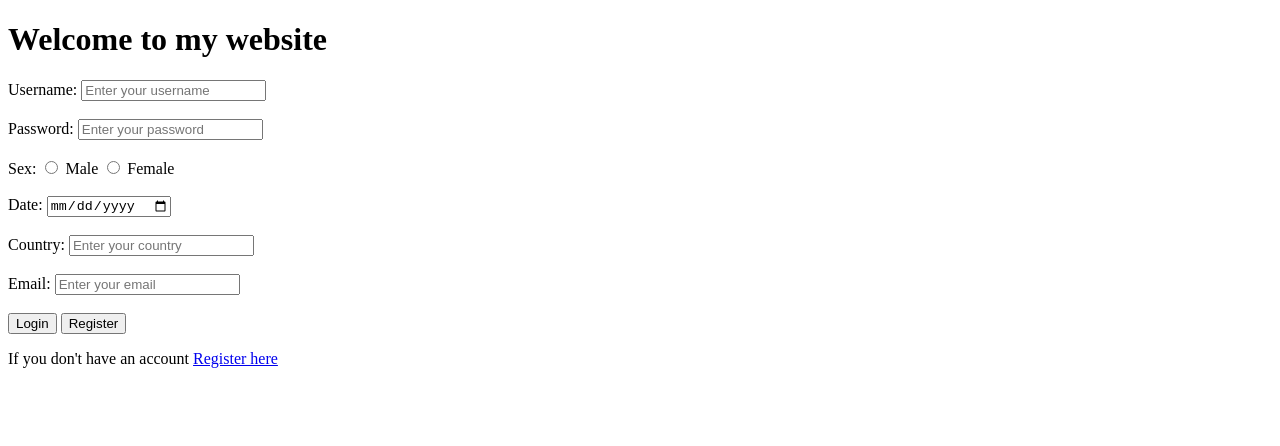
Repository: bao2222/hoc-lam-web
Page: welcome.html
These files come from the project's save history. The page is drawn as it stood at one moment and after the next save; the edit follows.
The browser window is 1280 px wide. The pictures show the whole page.

Above is the page before, as saved 2024-12-24 19:35:16.

### welcome.html
<!DOCTYPE html>
<html lang="en">

    <head>
        <meta charset="UTF-8">
        <title>Welcome</title>
        <meta content = "this is my website" name = "description">
        <meta author = "me">




    </head>

    <body>
        <h1>Welcome to my website</h1>
        <header>
            <div>
                <div>
                    <form action="#" method="post">
                        <label for="username">Username:</label>
                        <input type="text" id="username" name="username" placeholder="Enter your username" required><br><br>
                        <label for="password">Password:</label>
                        <input type="password" id="password" name="password" placeholder="Enter your password" required><br><br>
                        <label for="sex">Sex:</label>
                        <input type="radio" id="male" name="sex" value="male">
                        <label for="male">Male</label>
                        <input type="radio" id="female" name="sex" value="female">
                        <label for="female">Female</label><br><br>
                        <label for="date">Date:</label>
                        <input type="date" id="date" name="date"><br><br>
                        <label for="country">Country:</label>
                        <input type="text" id="country" name="country" placeholder="Enter your country" required><br><br>
                        <label for="email">Email:</label>
                        <input type="email" id="email" name="email" placeholder="Enter your email" required><br><br>
                        <button type="submit">Login</button>
                        <button type="reset">Register</button>

                    </form>
                </div>

                <div>
                    <p>If you don't have an account <a href="register.html">Register here</a></p>
                </div>





            </div>
        </header>
        <main></main>
        <footer></footer>




    </body>





</html>

After the next save:
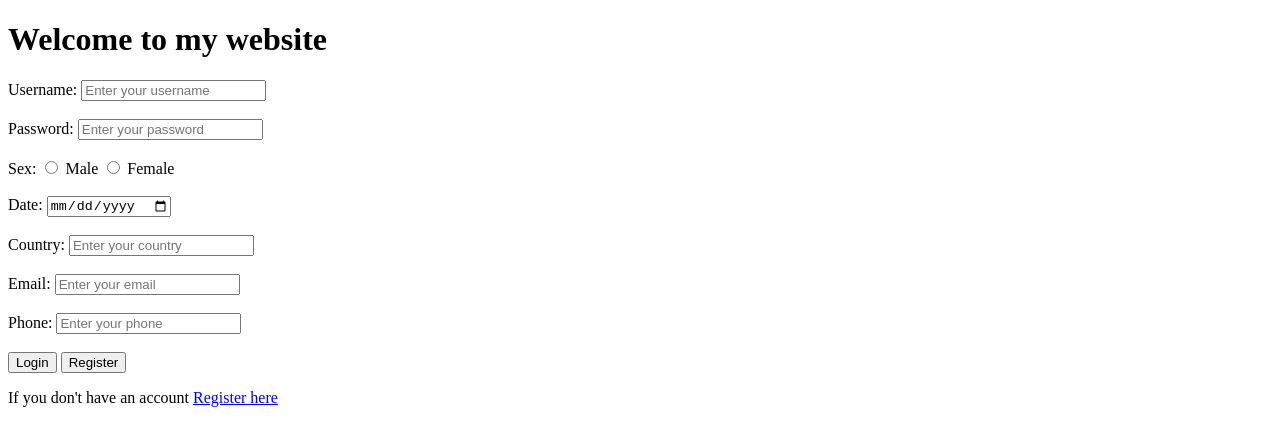
Saved 23 s later.
--- a/welcome.html
+++ b/welcome.html
@@ -33,6 +33,8 @@
                         <input type="text" id="country" name="country" placeholder="Enter your country" required><br><br>
                         <label for="email">Email:</label>
                         <input type="email" id="email" name="email" placeholder="Enter your email" required><br><br>
+                        <label for="phone">Phone:</label>
+                        <input type="tel" id="phone" name="phone" placeholder="Enter your phone" required><br><br>
                         <button type="submit">Login</button>
                         <button type="reset">Register</button>
 
